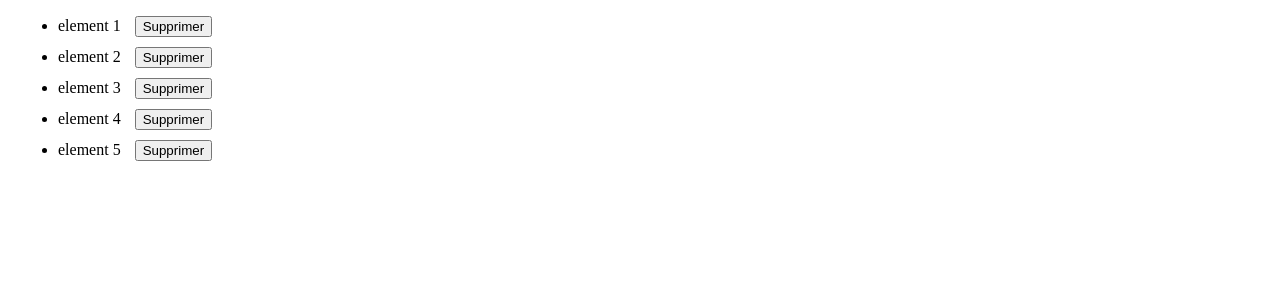
Repository: arione15/Livre_Serrion-Vue.js
Page: liste_ch3.html
An editor plug-in stored every save of this project. The page is shown before and after a run of saves, followed by the edit.
The browser window is 1280 px wide. The pictures show the whole page.

Above is the page before, as saved 2021-09-07 13:53:18.

After the next 4 saves:
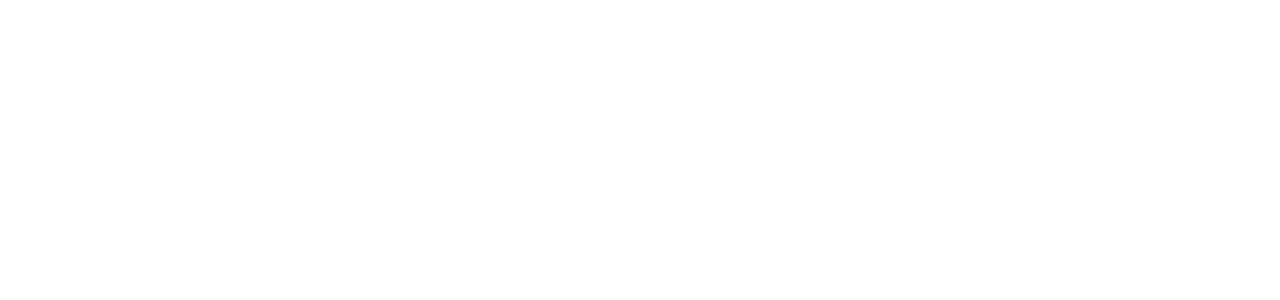
Console error: SyntaxError: Unexpected token '}'
The 4 saves are shown as one change because they came seconds apart.
The last was saved 9 s later.
--- a/liste_ch3.html
+++ b/liste_ch3.html
@@ -50,7 +50,7 @@
             },
             modifier(elt) {
                 //console.log("Modifier l'élément : " + elt);
-                this.elt
+                this.elt.modifyOn =
             }
         }
     });

After the 3 saves that followed:
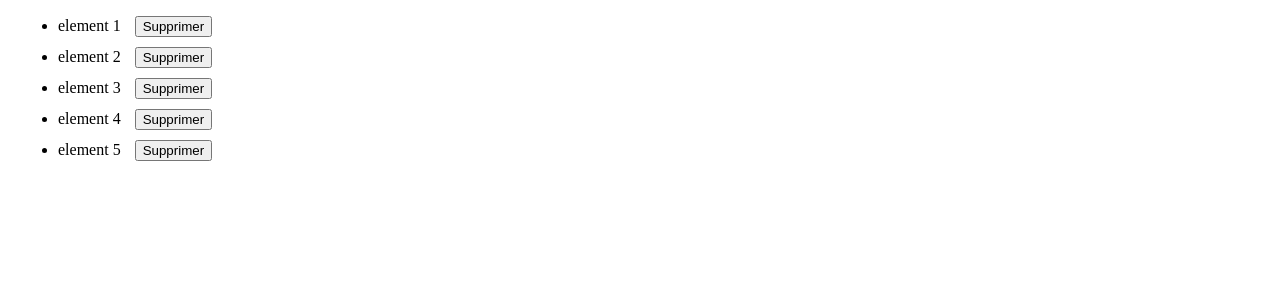
The error is gone.
The 3 saves are shown as one change because they came seconds apart.
The last was saved 10 s later.
--- a/liste_ch3.html
+++ b/liste_ch3.html
@@ -50,7 +50,7 @@
             },
             modifier(elt) {
                 //console.log("Modifier l'élément : " + elt);
-                this.elt.modifyOn =
+                this.elt.modifyOn === true;
             }
         }
     });
